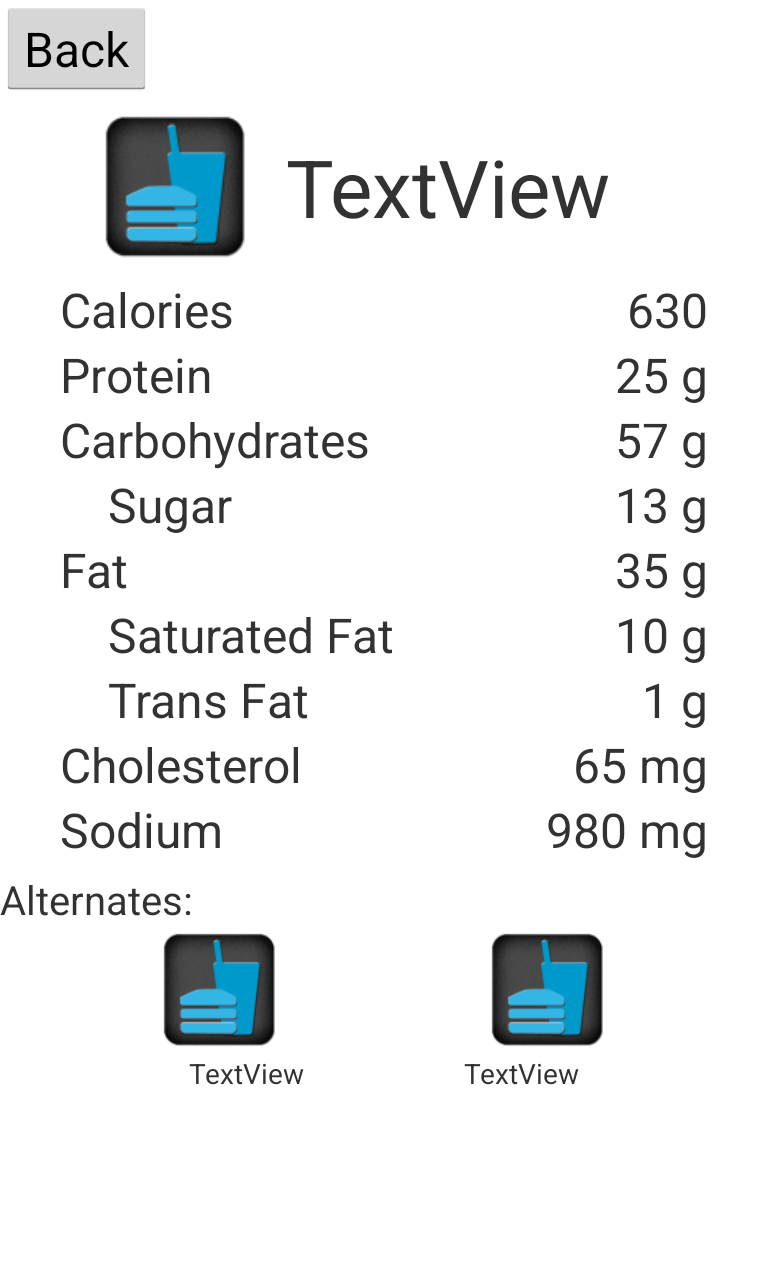
Repository: vitchyr/javoe
Layout: FirstRelease/res/layout/food.xml
The author's editor kept a copy of each file at every save. The layout is drawn from the files as they stood at one save, then again after the next save.
It is drawn on a 768 x 1280 px phone screen (xhdpi) without system bars, with theme AppTheme; the app's code is not run.

Above is the layout before, as saved 2013-08-19 00:31:37.

After the next save:
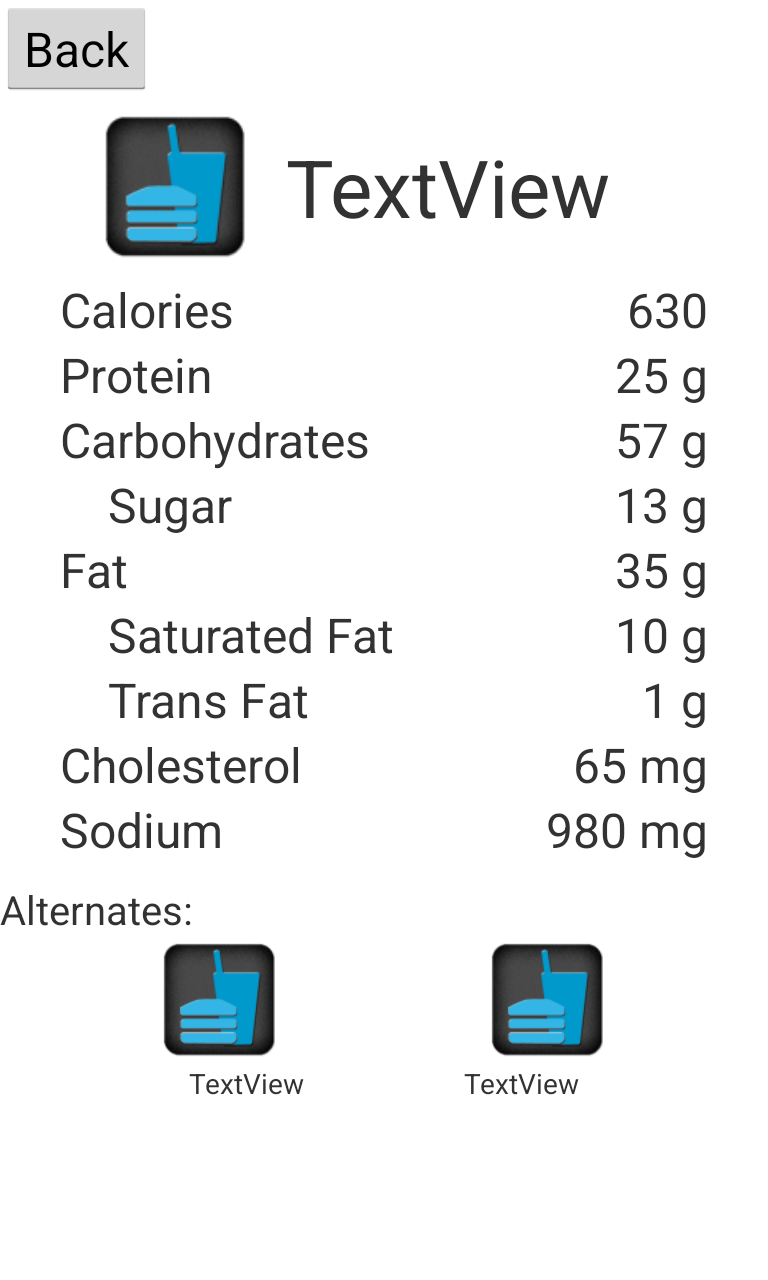
Saved 2 min 49 s later.
--- a/FirstRelease/res/layout/food.xml
+++ b/FirstRelease/res/layout/food.xml
@@ -196,7 +196,7 @@
     <TextView
         android:id="@+id/textView22"
         android:layout_width="wrap_content"
-        android:layout_height="5dp" />
+        android:layout_height="10dp" />
 
     <TextView
         android:id="@+id/textView23"
